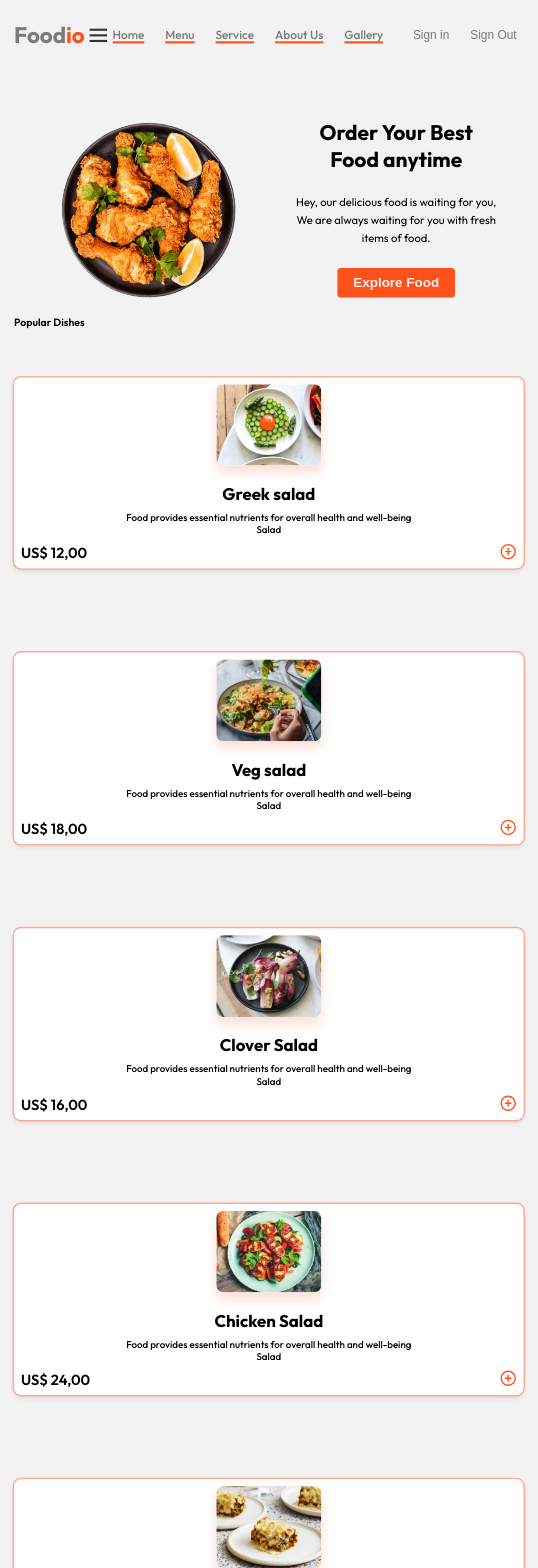
Repository: guilhermecardoso93/foodio
Page: /
These files come from the project's save history. The page is drawn as it stood at one moment and after the next save; the edit follows.
The browser window is 768 px wide. The pictures show the part of the page from y = 0 to 2240 px (the page is 13066 px tall before and 7055 px after), at 70% of full size.
The project was rebuilt for these pictures with package versions that can differ from the ones it lists, and the page was loaded fresh each time. Also part of the build but not shown: vite.config.js, src/index.css.

Above is the page before, as saved 2024-11-05 20:41:56.

### index.html
<!doctype html>
<html lang="en">

<head>
    <meta charset="UTF-8" />
    <link rel="icon" type="image/svg+xml" href="/" />
    <link rel="preconnect" href="https://fonts.googleapis.com">
    <link rel="preconnect" href="https://fonts.gstatic.com" crossorigin>
    <link href="https://fonts.googleapis.com/css2?family=Inter:ital,opsz,wght@0,14..32,100..900;1,14..32,100..900&family=Outfit:wght@100..900&display=swap" rel="stylesheet">
    <meta name="viewport" content="width=device-width, initial-scale=1.0" />
    <title>Foodio</title>
</head>

<body>
    <div id="root"></div>
    <script type="module" src="/src/main.jsx"></script>
</body>

</html>

### src/main.jsx
import { StrictMode } from "react";
import { createRoot } from "react-dom/client";
import { App } from "./App.jsx";

import "./index.css";
createRoot(document.getElementById("root")).render(
  <StrictMode>
    <App />
  </StrictMode>
);

### src/App.jsx
import "./App.css";
import { Main } from "./components/Main";
import { Menu } from "./components/Menu";

export function App() {
  return (
    <>
      <Menu />
      <Main />
    </>
  );
}

### src/App.css
*, ::after, ::before {
  margin: 0;
  padding: 0;
  box-sizing: border-box;
}

body {
  margin: 0 100px;
  background-color: #f2f2f2;
  font-family: "Outfit", serif;
  overflow-x: hidden;
}

::-webkit-scrollbar {
  width: 10px;
}

::-webkit-scrollbar-thumb {
  border-radius: 20px;
  background-color: #ff511c;
}

### src/components/Main/index.jsx
import imagem1 from "../../assets/images/image1.png";
import imagem5 from "../../assets/images/image5.png";
import { food_list } from "../../assets/assets";
import { CardItem } from "../CardItem";

import "./styles.css";

export function Main() {
  return (
    <main>
      <section className="grid">
        <div className="content">
          <div className="content-left">
            <div className="info">
              <h2>
                Order Your Best
                <br />
                Food anytime
              </h2>
              <p>
                Hey, our delicious food is waiting for you, <br /> We are always
                waiting for you with fresh items of food.
              </p>
            </div>
            <button>Explore Food</button>
          </div>
          <div className="content-right">
            <img src={imagem1} alt="" />
            <img src={imagem5} alt="" />
            <img src={imagem1} alt="" />{" "}
          </div>
        </div>
      </section>
      <section className="category">
        <div className="list-items">
          <h3>Popular Dishes</h3>
          <div className="card-list">
            {food_list.map((item, index) => {
              return (
                <CardItem
                  image={item.image}
                  name={item.name}
                  price={item.price}
                  description={item.description}
                  category={item.category}
                  key={index}
                />
              );
            })}
          </div>
        </div>
      </section>
    </main>
  );
}

### src/components/Menu/index.jsx
import "./styles.css";

export function Menu() {
  function toggleMenu() {}

  return (
    <div className="navbar">
      <div className="navbar-logo">
        <h1>
          Food<b>io</b>
        </h1>
      </div>
      <div className="hamburguer" onClick={toggleMenu()}>
        <span className="bar"></span>
        <span className="bar"></span>
        <span className="bar"></span>
      </div>
      <ul className="navbar-link">
        <li className="active">
          <a href="/">Home</a>
        </li>
        <li className="active">
          <a href="/">Menu</a>
        </li>
        <li className="active">
          <a href="/">Service</a>
        </li>
        <li className="active">
          <a href="/">About Us</a>
        </li>
        <li className="active">
          <a href="/">Gallery</a>
        </li>
      </ul>
      <div className="auth-buttons">
        <input type="submit" className="sign" value="Sign in" name="signin" />
        <input type="submit" className="sign" value="Sign Out" name="signout" />
      </div>
    </div>
  );
}

### src/assets/assets.js

import food_1 from './food/food_1.png'
import food_2 from './food/food_2.png'
import food_3 from './food/food_3.png'
import food_4 from './food/food_4.png'
import food_5 from './food/food_5.png'
import food_6 from './food/food_6.png'
import food_7 from './food/food_7.png'
import food_8 from './food/food_8.png'
import food_9 from './food/food_9.png'
import food_10 from './food/food_10.png'
import food_11 from './food/food_11.png'
import food_12 from './food/food_12.png'
import food_13 from './food/food_13.png'
import food_14 from './food/food_14.png'
import food_15 from './food/food_15.png'
import food_16 from './food/food_16.png'
import food_17 from './food/food_17.png'
import food_18 from './food/food_18.png'
import food_19 from './food/food_19.png'
import food_20 from './food/food_20.png'
import food_21 from './food/food_21.png'
import food_22 from './food/food_22.png'
import food_23 from './food/food_23.png'
import food_24 from './food/food_24.png'
import food_25 from './food/food_25.png'
import food_26 from './food/food_26.png'
import food_27 from './food/food_27.png'
import food_28 from './food/food_28.png'
import food_29 from './food/food_29.png'
import food_30 from './food/food_30.png'
import food_31 from './food/food_31.png'
import food_32 from './food/food_32.png'


export const food_list = [
    {
        _id: "1",
        name: "Greek salad",
        image: food_1,
        price: 12,
        description: "Food provides essential nutrients for overall health and well-being",
        category: "Salad"
    },
    {
        _id: "2",
        name: "Veg salad",
        image: food_2,
        price: 18,
        description: "Food provides essential nutrients for overall health and well-being",
        category: "Salad"
    }, {
        _id: "3",
        name: "Clover Salad",
        image: food_3,
        price: 16,
        description: "Food provides essential nutrients for overall health and well-being",
        category: "Salad"
    }, {
        _id: "4",
        name: "Chicken Salad",
        image: food_4,
        price: 24,
        description: "Food provides essential nutrients for overall health and well-being",
        category: "Salad"
    }, {
        _id: "5",
        name: "Lasagna Rolls",
        image: food_5,
        price: 14,
        description: "Food provides essential nutrients for overall health and well-being",
        category: "Rolls"
    }, {
        _id: "6",
        name: "Peri Peri Rolls",
        image: food_6,
        price: 12,
        description: "Food provides essential nutrients for overall health and well-being",
        category: "Rolls"
    }, {
        _id: "7",
        name: "Chicken Rolls",
        image: food_7,
        price: 20,
        description: "Food provides essential nutrients for overall health and well-being",
        category: "Rolls"
    }, {
        _id: "8",
        name: "Veg Rolls",
        image: food_8,
        price: 15,
        description: "Food provides essential nutrients for overall health and well-being",
        category: "Rolls"
    }, {
        _id: "9",
        name: "Ripple Ice Cream",
        image: food_9,
        price: 14,
        description: "Food provides essential nutrients for overall health and well-being",
        category: "Deserts"
    }, {
        _id: "10",
        name: "Fruit Ice Cream",
        image: food_10,
        price: 22,
        description: "Food provides essential nutrients for overall health and well-being",
        category: "Deserts"
    }, {
        _id: "11",
        name: "Jar Ice Cream",
        image: food_11,
        price: 10,
        description: "Food provides essential nutrients for overall health and well-being",
        category: "Deserts"
    }, {
        _id: "12",
        name: "Vanilla Ice Cream",
        image: food_12,
        price: 12,
        description: "Food provides essential nutrients for overall health and well-being",
        category: "Deserts"
    },
    {
        _id: "13",
        name: "Chicken Sandwich",
        image: food_13,
        price: 12,
        description: "Food provides essential nutrients for overall health and well-being",
        category: "Sandwich"
    },
    {
        _id: "14",
        name: "Vegan Sandwich",
        image: food_14,
        price: 18,
        description: "Food provides essential nutrients for overall health and well-being",
        category: "Sandwich"
    }, {
        _id: "15",
        name: "Grilled Sandwich",
        image: food_15,
        price: 16,
        description: "Food provides essential nutrients for overall health and well-being",
        category: "Sandwich"
    }, {
        _id: "16",
        name: "Bread Sandwich",
        image: food_16,
        price: 24,
        description: "Food provides essential nutrients for overall health and well-being",
        category: "Sandwich"
    }, {
        _id: "17",
        name: "Cup Cake",
        image: food_17,
        price: 14,
        description: "Food provides essential nutrients for overall health and well-being",
        category: "Cake"
    }, {
        _id: "18",
        name: "Vegan Cake",
        image: food_18,
        price: 12,
        description: "Food provides essential nutrients for overall health and well-being",
        category: "Cake"
    }, {
        _id: "19",
        name: "Butterscotch Cake",
        image: food_19,
        price: 20,
        description: "Food provides essential nutrients for overall health and well-being",
        category: "Cake"
    }, {
        _id: "20",
        name: "Sliced Cake",
        image: food_20,
        price: 15,
        description: "Food provides essential nutrients for overall health and well-being",
        category: "Cake"
    }, {
        _id: "21",
        name: "Garlic Mushroom ",
        image: food_21,
        price: 14,
        description: "Food provides essential nutrients for overall health and well-being",
        category: "Pure Veg"
    }, {
        _id: "22",
        name: "Fried Cauliflower",
        image: food_22,
        price: 22,
        description: "Food provides essential nutrients for overall health and well-being",
        category: "Pure Veg"
    }, {
        _id: "23",
        name: "Mix Veg Pulao",
        image: food_23,
        price: 10,
        description: "Food provides essential nutrients for overall health and well-being",
        category: "Pure Veg"
    }, {
        _id: "24",
        name: "Rice Zucchini",
        image: food_24,
        price: 12,
        description: "Food provides essential nutrients for overall health and well-being",
        category: "Pure Veg"
    },
    {
        _id: "25",
        name: "Cheese Pasta",
        image: food_25,
        price: 12,
        description: "Food provides essential nutrients for overall health and well-being",
        category: "Pasta"
    },
    {
        _id: "26",
        name: "Tomato Pasta",
        image: food_26,
        price: 18,
        description: "Food provides essential nutrients for overall health and well-being",
        category: "Pasta"
    }, {
        _id: "27",
        name: "Creamy Pasta",
        image: food_27,
        price: 16,
        description: "Food provides essential nutrients for overall health and well-being",
        category: "Pasta"
    }, {
        _id: "28",
        name: "Chicken Pasta",
        image: food_28,
        price: 24,
        description: "Food provides essential nutrients for overall health and well-being",
        category: "Pasta"
    }, {
        _id: "29",
        name: "Buttter Noodles",
        image: food_29,
        price: 14,
        description: "Food provides essential nutrients for overall health and well-being",
        category: "Noodles"
    }, {
        _id: "30",
        name: "Veg Noodles",
        image: food_30,
        price: 12,
        description: "Food provides essential nutrients for overall health and well-being",
        category: "Noodles"
    }, {
        _id: "31",
        name: "Somen Noodles",
        image: food_31,
        price: 20,
        description: "Food provides essential nutrients for overall health and well-being",
        category: "Noodles"
    }, {
        _id: "32",
        name: "Cooked Noodles",
        image: food_32,
        price: 15,
        description: "Food provides essential nutrients for overall health and well-being",
        category: "Noodles"
    }
]

### src/components/CardItem/index.jsx
import { PlusCircle, PlusCircleIcon } from "lucide-react";
import "./styles.css";

export function CardItem({ image, name, price, description, category }) {
  function formatarPreco(valor) {
    return new Intl.NumberFormat("pt-BR", {
      style: "currency",
      currency: "USD",
    }).format(valor);
  }

  return (
    <div className="card">
      <img src={image} alt="" />
      <div className="title">
        <h1>{name}</h1>
      </div>
      <div className="desc-food">
        <p>{description}</p>
        <p>{category}</p>
      </div>
      <div className="price">
        <span>{formatarPreco(price)}</span>
        <PlusCircle color="#ff511c" className="plus-icon" />
      </div>
    </div>
  );
}

### src/components/Main/styles.css
.content {
  display: grid;
  grid-template-columns: 50% auto;
  margin-top: 100px;
  gap: 30px;
  align-items: center;
  justify-content: space-between;
  width: 100%;
}

.content-left {
  display: block;
  width: 100%;
}

.content-left .info {
  max-width: 100%;
  display: flex;
  flex-direction: column;
}

.content-left .info h2 {
  font-size: 60px;
  margin-bottom: 30px;
}

.content-left .info p {
  font-size: 20px;
  line-height: 2pc;
  margin-bottom: 30px;
}

.content-left button {
  padding: 10px 23px;
  background-color: #ff511c;
  color: #f2f2f2;
  border-radius: 5px;
  border: none;
  cursor: pointer;
  font-weight: 600;
  font-size: 1.2rem;
  margin-bottom: 5px;
}

.content-left button:hover {
  color: #ff511c;
  background-color: #f2f2f2;
  border: solid 2px #ff511c;
  padding: 8px 21px;
}

.grid {
  width: 100%;
  max-width: 1200px;
  margin: 0 auto;
  padding: 20px;
  justify-content: center;
  align-items: center;
}

.content-right {
  position: relative;
  height: 400px;
  width: 400px;
  display: flex;
  justify-content: center;
  align-items: center;
}

.content-right img {
  position: absolute;
  width: 100%;
  height: 100%;
  object-fit: cover;
  opacity: 0;
  animation: imageSwitch 15s infinite, rotate 3s linear infinite;
  transform-origin: center center;
}

.content-right img:nth-child(1) {
  animation-delay: 0s;
}

.content-right img:nth-child(2) {
  animation-delay: 5s;
}

.content-right img:nth-child(3) {
  animation-delay: 10s;
}

@keyframes rotate {
  from {
    transform: rotate(0deg);
  }

  to {
    transform: rotate(360deg);
  }
}

@keyframes imageSwitch {
  0%, 33% {
    opacity: 1;
  }

  34%, 100% {
    opacity: 0;
  }
}

.category {
  width: 100%;
  display: flex;
  margin-bottom: 50px;
  justify-content: center;
}

.category .list-items {
  width: 90%;
  position: relative;
  position: relative;
}

.category .list-items h3 {
  font-size: 2rem;
  font-weight: 600;
  margin-bottom: 70px;
}

.category .list-items .card-list {
  display: flex;
  flex-wrap: wrap;
  gap: 12px;
}

### src/components/Menu/styles.css
.navbar {
  width: 100%;
  display: flex;
  justify-content: space-between;
  align-items: center;
  padding: 30px 0;
}

.navbar-logo {
  font-weight: 600;
  color: rgb(122, 122, 122);
}

.navbar-logo b {
  color: #ff511c;
}

.navbar-link {
  display: flex;
  list-style: none;
}

.navbar-link li {
  margin-right: 30px;
}

.navbar-link li a {
  text-decoration: none;
  color: rgb(122, 122, 122);
  font-weight: 500;
  font-size: 17px;
}

.navbar-link li a:hover {
  color: #ff511c;
}

.navbar-link .active::after {
  content: "";
  width: 100%;
  height: 3px;
  background-color: #ff511c;
  display: flex;
  position: relative;
  margin-top: 3x;
}

.auth-buttons {
  display: flex;
  align-items: center;
  gap: 10px;
}

input {
  padding: 10px;
  cursor: pointer;
  font-weight: 600;
}

.sign {
  background: transparent;
  border: none;
  color: rgb(122, 122, 122);
  font-weight: 500;
  font-size: 17px;
  text-decoration: none;
}

.sign:hover {
  background-color: #ff511c;
  border-radius: 10px;
  color: black;
}

.hamburguer {
  /*display: none;*/
  cursor: pointer;
}

.hamburguer .bar {
  display: block;
  width: 25px;
  height: 3px;
  margin: 5px;
  background-color: #333;
  transition: 0.3s;
}

@media screen and (max-width: 1024px) {
  body {
    margin: 0 50px;
  }

  .content-right {
    width: 300px;
    height: 300px;
  }
}

@media screen and (max-width: 968px) {
  .category .list-items .card-list {
    gap: 100px 20px;
  }
}

@media screen and (max-width: 768px) {
  body {
    margin: 0 20px;
  }

  .content {
    margin-top: 50px;
    text-align: center;
    gap: 20px;
  }

  .content .content-left h2 {
    font-size: 30px;
  }

  .content .content-left p {
    font-size: 16px;
    line-height: 1.6;
  }

  .content-right {
    width: 250px;
    height: 250px;
    margin: 0 auto;
    order: -1;
  }

  .category .list-items {
    width: 100%;
  }

  .category .list-items .card-list {
    gap: 120px;
  }

  .category .list-items h3 {
    font-size: 15px;
  }

  .card {
    width: 100%;
  }
}

### src/components/CardItem/styles.css
.card {
  width: 200px;
  min-height: 250px;
  /* Define uma altura mínima para o cartão */
  display: flex;
  flex-direction: column;
  align-items: center;
  padding: 10px;
  border-radius: 10px;
  position: relative;
  background-color: #ffffff;
  outline: 2px solid #ffaa96;
  box-shadow: 0 4px 8px rgba(0, 0, 0, 0.1);
}

.card img {
  width: 100%;
  max-width: 150px;
  height: auto;
  border-radius: 10px;
  object-fit: cover;
  object-position: center;
  background-repeat: no-repeat;
  box-shadow: 0 10px 15px rgba(250, 173, 150, 0.4);
  /* Ajusta a sombra */
  margin-bottom: 15px;
  /* Espaço entre a imagem e o conteúdo abaixo */
}

.card .title {
  padding: 10px 0 10px;
}

.card .title h1 {
  text-align: center;
  font-weight: bold;
  font-size: 1.5rem;
}

.desc-food p {
  font-size: 14px;
  text-align: center;
  font-weight: 500;
}

.price {
  display: flex;
  margin-top: 10px;
  justify-content: space-between;
  width: 100%;
  font-weight: 600;
  font-size: 1.3rem;
}

.price .plus-icon {
  cursor: pointer;
}

.card-content {
  text-align: center;
  /* Centraliza o conteúdo */
  padding: 5px;
}

After the next save:
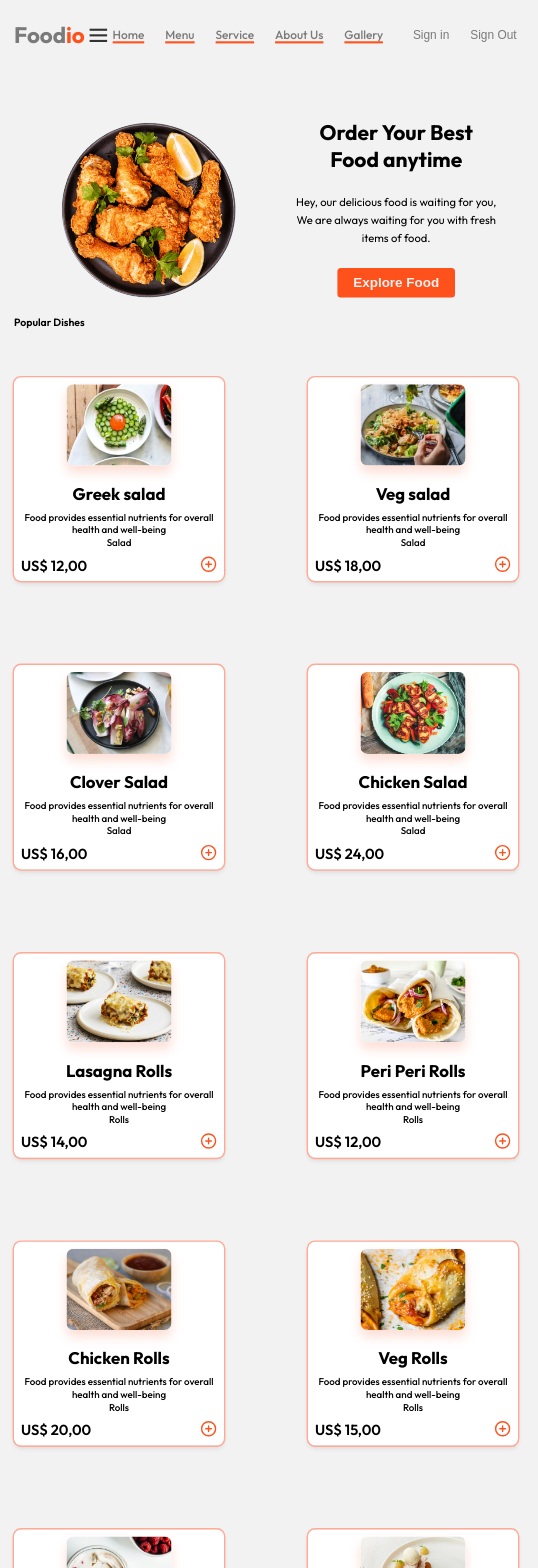
Saved 8 s later.
--- a/src/components/Menu/styles.css
+++ b/src/components/Menu/styles.css
@@ -144,5 +144,6 @@ input {
 
   .card {
     width: 100%;
+    max-width: 300px;
   }
 }
